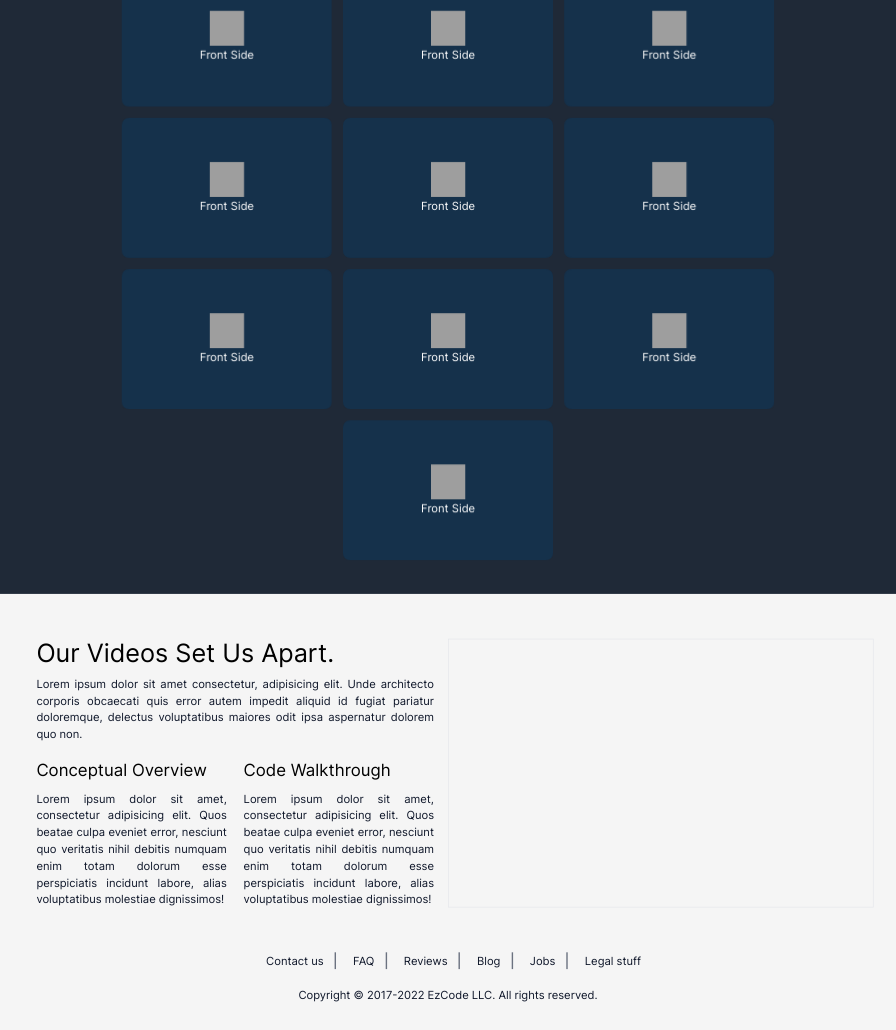
Repository: om1ars/Xjkey
Page: /
The author's editor kept a copy of each file at every save. The page is drawn from the files as they stood at one save, then again after the next save.
The browser window is 1280 px wide. The pictures show the part of the page from y = 1679 to 3599 px (the page is 3151 px tall before and 3599 px after), at 70% of full size.
Pictures or frames that could not be fetched are drawn as grey boxes. The project was rebuilt for these pictures with package versions that can differ from the ones it lists, and the page was loaded fresh each time. The framework's server and built-in components were replaced by stand-ins that run in the browser. Also part of the build but not shown: next.config.js.

Above is the page before, as saved 2022-03-19 01:33:15.

After the next save:
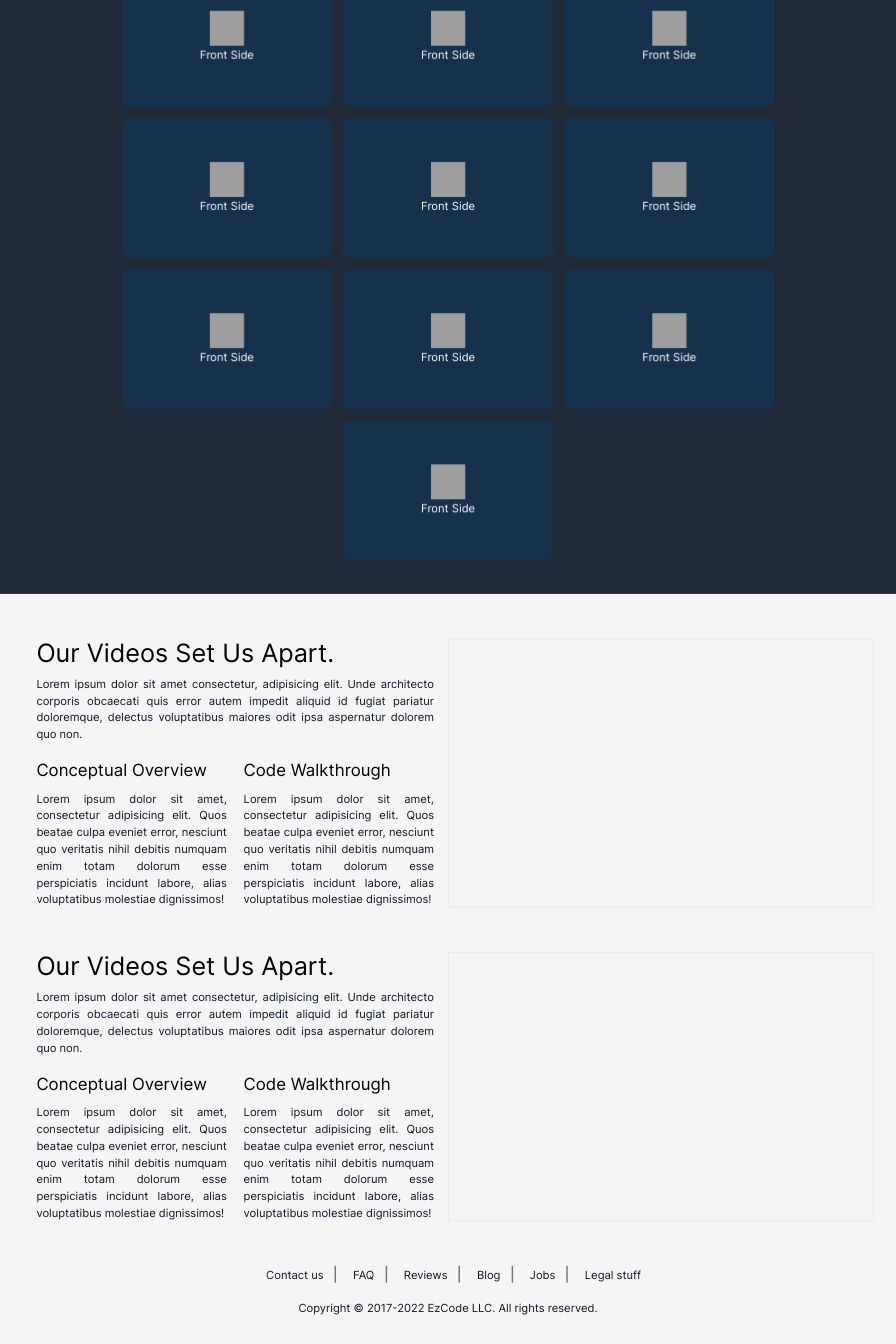
Saved 18 s later.
--- a/src/pages/index.tsx
+++ b/src/pages/index.tsx
@@ -24,6 +24,11 @@ export default function Home() {
           <VideosComponents />
         </div>
       </main>
+      <main className="mx-auto max-w-screen-xl px-6 sm:px-8 " id="video-explanation">
+        <div className="mt-16 space-y-20">
+          <VideosComponents />
+        </div>
+      </main>
     </>
   );
 }
